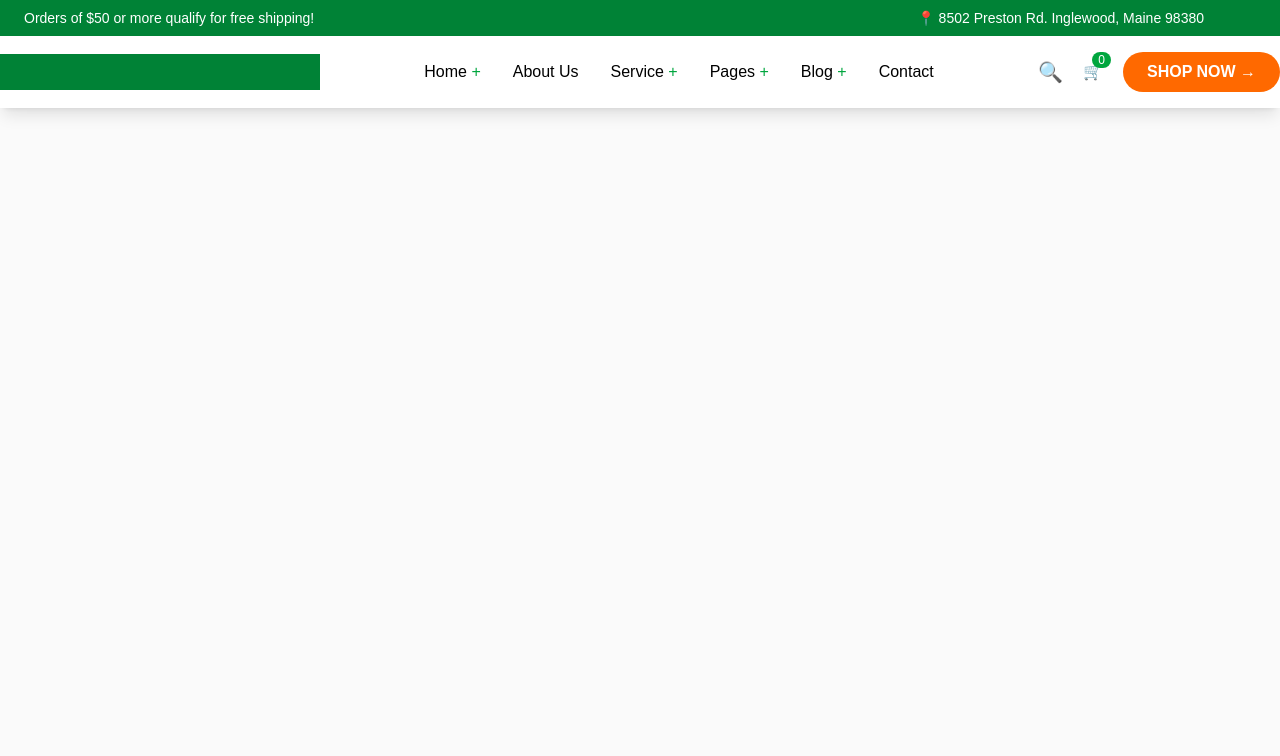
Repository: sawon687/Ass-scic-9-Ecomerce-Project
Page: /
An editor plug-in stored every save of this project. The page is shown before and after a run of saves, followed by the edit.
The browser window is 1280 px wide. The pictures show the whole page.
The project was rebuilt for these pictures with package versions that can differ from the ones it lists, and the page was loaded fresh each time. The framework's server and built-in components were replaced by stand-ins that run in the browser. Also part of the build but not shown: next.config.mjs.

Above is the page before, as saved 2026-01-13 23:00:48.

### src/app/layout.js
import { Geist, Geist_Mono } from "next/font/google";
import "./globals.css";
import Navbar from "./Components/Navbar/Navbar";

const geistSans = Geist({
  variable: "--font-geist-sans",
  subsets: ["latin"],
});

const geistMono = Geist_Mono({
  variable: "--font-geist-mono",
  subsets: ["latin"],
});

export const metadata = {
  title: "Create Next App",
  description: "Generated by create next app",
};

export default function RootLayout({ children }) {
  return (
    <html lang="en">
      <body
        className={`${geistSans.variable} ${geistMono.variable} antialiased`}
      >
        <Navbar></Navbar>
        {children}
      </body>
    </html>
  );
}

### src/app/page.jsx
import Image from "next/image";

export default function Home() {
  return (
    <div className="flex min-h-screen items-center justify-center bg-zinc-50 ">

    </div>
  );
}

### src/app/globals.css
@import "tailwindcss";

:root {
  --background: #ffffff;

}



body {
  background: var(--background);
  color: var(--foreground);
  font-family: Arial, Helvetica, sans-serif;
}


.brand-wrap {
  width: 420px;
  height: 160px;
  background: #0a7a0a; /* green */
  clip-path: polygon(
    0 0,
    85% 0,
    100% 100%,
    0 100%
  );
  display: flex;
  align-items: center;
  padding-left: 40px;
}

### src/app/Components/Navbar/Navbar.jsx
import React from 'react';

const Navbar = () => {
    return (
        <div className=''>
           {/* <!-- TOP INFO BAR --> */}
<div class="bg-green-700 text-white text-sm">
  <div class="max-w-7xl mx-auto flex justify-between items-center px-6 py-2">
    <p>Orders of $50 or more qualify for free shipping!</p>
    <div class="flex items-center gap-4">
      <span>📍 8502 Preston Rd. Inglewood, Maine 98380</span>
      <span class="flex gap-3">
        <i class="fab fa-facebook-f"></i>
        <i class="fab fa-twitter"></i>
        <i class="fab fa-instagram"></i>
        <i class="fab fa-linkedin-in"></i>
      </span>
    </div>
  </div>
</div>

{/* <!-- MAIN NAVBAR --> */}
<nav class="bg-white w-full fixed shadow-lg">
  <div class="max-w-7xl mx-auto  py-4 flex items-center justify-between">

    {/* <!-- LOGO --> */}
    <div class="flex items-center .brand-wrap  gap-2 h-full bg-green-700  w-xs">
      <span class="text-3xl font-bold text-green-700">Frutin</span>
    </div>

    {/* <!-- MENU --> */}
    <ul class="hidden md:flex items-center gap-8 font-medium">
      <li class="hover:text-green-600 cursor-pointer">Home <span class="text-green-600">+</span></li>
      <li class="hover:text-green-600 cursor-pointer">About Us</li>
      <li class="hover:text-green-600 cursor-pointer">Service <span class="text-green-600">+</span></li>
      <li class="hover:text-green-600 cursor-pointer">Pages <span class="text-green-600">+</span></li>
      <li class="hover:text-green-600 cursor-pointer">Blog <span class="text-green-600">+</span></li>
      <li class="hover:text-green-600 cursor-pointer">Contact</li>
    </ul>

    {/* <!-- RIGHT ACTIONS --> */}
    <div class="flex items-center gap-5">
      {/* <!-- Search --> */}
      <button class="text-xl">🔍</button>

      {/* <!-- Cart --> */}
      <div class="relative">
        🛒
        <span class="absolute -top-2 -right-2 bg-green-600 text-white text-xs px-1.5 rounded-full">
          0
        </span>
      </div>

      {/* <!-- Button --> */}
      <button class="bg-orange-500 hover:bg-orange-600 text-white px-6 py-2 rounded-full font-semibold">
        SHOP NOW →
      </button>
    </div>

  </div>
</nav>

        </div>
    );
};

export default Navbar;

After the next 10 saves:
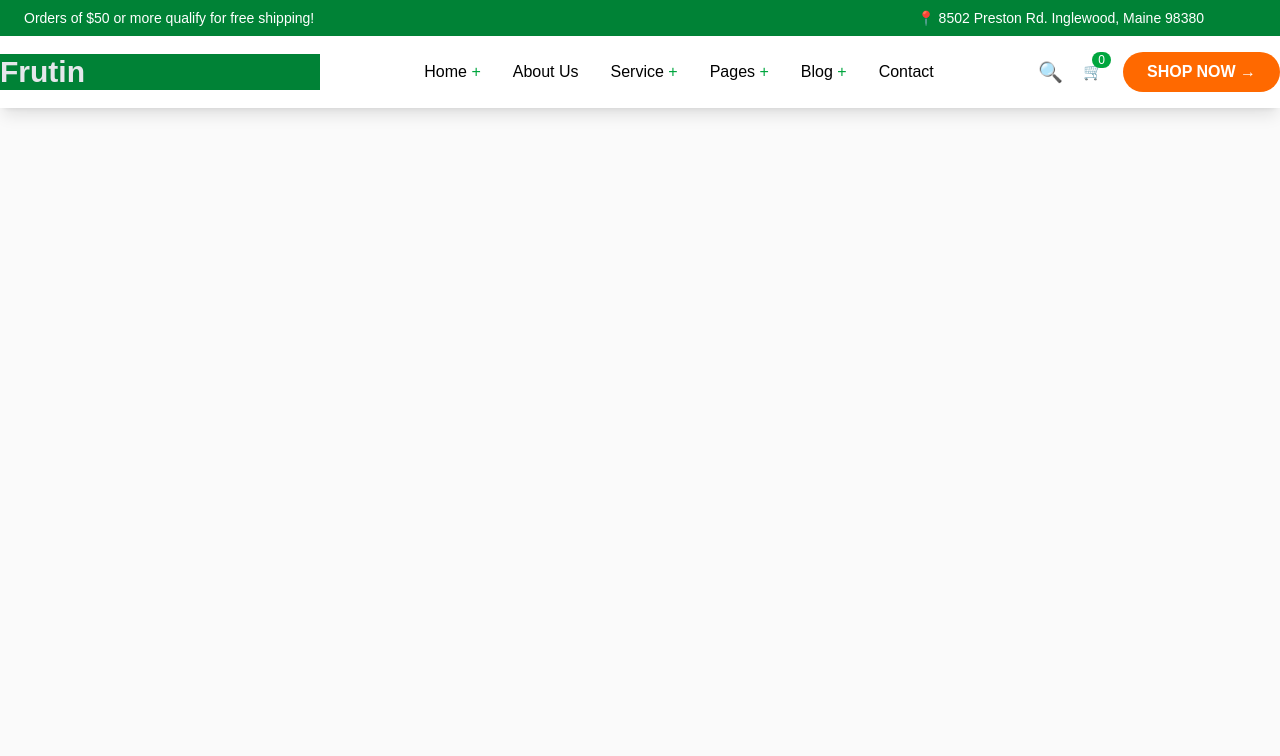
The 10 saves are shown as one change because they came seconds apart.
The last was saved 17 s later.
--- a/src/app/Components/Navbar/Navbar.jsx
+++ b/src/app/Components/Navbar/Navbar.jsx
@@ -25,7 +25,7 @@
 
     {/* <!-- LOGO --> */}
     <div class="flex items-center .brand-wrap  gap-2 h-full bg-green-700  w-xs">
-      <span class="text-3xl font-bold text-green-700">Frutin</span>
+      <span class="text-3xl font-bold text-gray-200">Frutin</span>
     </div>
 
     {/* <!-- MENU --> */}
